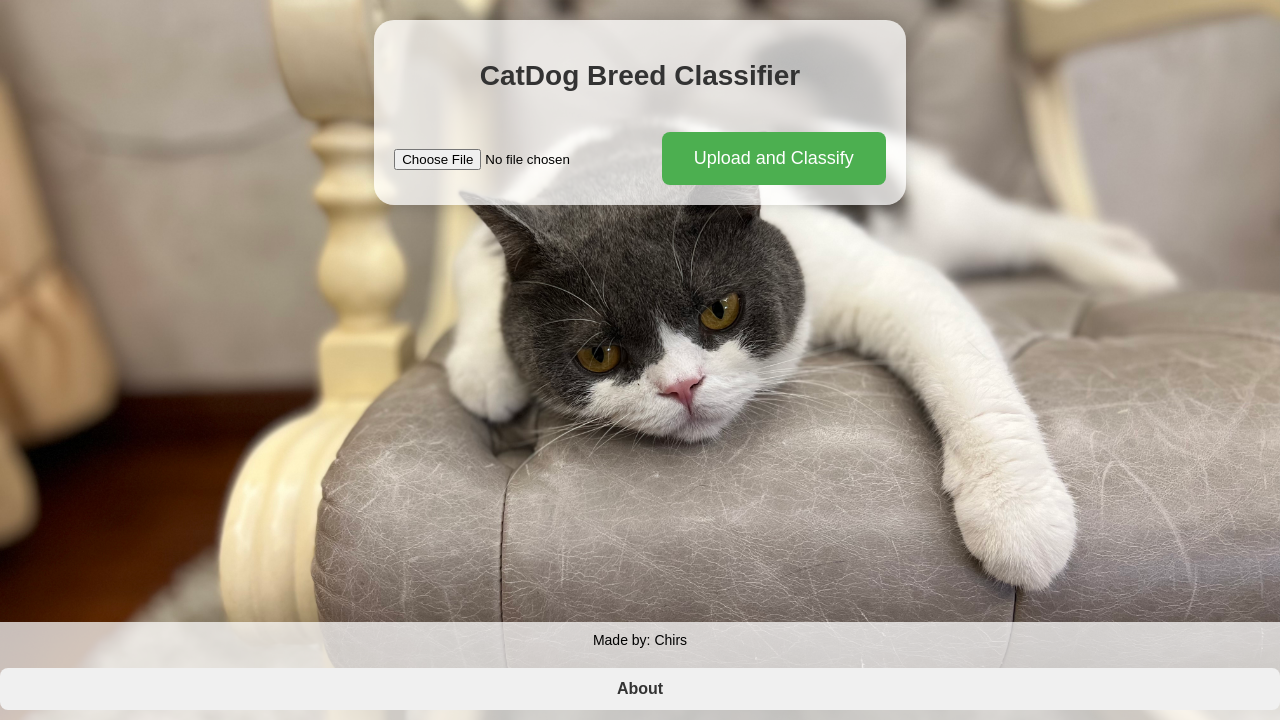
Repository: EveningStudy/CatDog_Breed_Classifier
Page: http://localhost/
These files come from the project's save history. The page is drawn as it stood at one moment and after the next save; the edit follows.
The browser window is 1280 px wide. The pictures show the whole page.
The page is served by the project's application, run on Flask 3 (app.py). Other server files are loaded and not shown.

Above is the page before, as saved 2023-09-29 12:00:26.

### templates/index.html
<!DOCTYPE html>
<html lang="en">

<head>
  <meta charset="UTF-8">
  <meta name="viewport" content="width=device-width, initial-scale=1.0">
  <link rel="icon" href="static/logo.ico" type="image/x-icon">
  <link rel="stylesheet" href="/static/style.css">
  <title>CatDog Breed Classifier</title>
</head>

<body>
  <div class="container">
    <h1>CatDog Breed Classifier</h1>
    <form method="POST" enctype="multipart/form-data">
      <input type="file" name="file" accept=".jpg, .jpeg, .png, .bmp" required>
      <button class="upload-button" type="submit">Upload and Classify</button>
    </form>
    <div class="footer">
      Made by: Chirs
      <a href="/about" class="button">About</a>
    </div>
  </div>
</body>

</html>

### app.py
from flask import Flask, render_template, request, redirect, url_for, flash, session
from werkzeug.utils import secure_filename
from utils import classification_main_onnxruntime
import uuid
import os

def delete_old_images(upload_folder, num_to_delete):
    images = os.listdir(upload_folder)
    images.sort(key=lambda x: os.path.getmtime(os.path.join(upload_folder, x)))
    for i in range(num_to_delete):
        file_to_delete = os.path.join(upload_folder, images[i])
        try:
            os.remove(file_to_delete)
        except Exception as e:
            print(f'Error deleting file: {str(e)}')

def generate_secret_key():
    return os.urandom(24)

current_directory = os.path.dirname(os.path.abspath(__file__))
static_folder = os.path.join(current_directory, "static")

app = Flask(__name__,static_folder="static",template_folder="templates")
app.secret_key = generate_secret_key()
app.config['UPLOAD_FOLDER'] = os.path.join(current_directory, "static/uploads")

ALLOWED_EXTENSIONS = {'png', 'jpg', 'jpeg', 'bmp'}

# if not os.path.exists(os.path.join(current_directory, "uploads")):
    # os.makedirs(os.path.join(current_directory, "uploads"))
if not os.path.exists(os.path.join(current_directory, "static", "uploads")):
    os.makedirs(os.path.join(current_directory, "static", "uploads"))


uploaded_images = os.listdir(app.config['UPLOAD_FOLDER'])
if len(uploaded_images) > 2:

    delete_old_images(app.config['UPLOAD_FOLDER'], len(uploaded_images) - 5)

def allowed_file(filename):
    return '.' in filename and filename.rsplit('.', 1)[1].lower() in ALLOWED_EXTENSIONS

@app.route('/', methods=['GET', 'POST'])
def index():
    if 'user_id' not in session:
        session['user_id'] = str(uuid.uuid4())

    if request.method == 'POST':
        if 'file' not in request.files:
            flash('No file part', 'error')
            return redirect(request.url)
        file = request.files['file']
        if file.filename == '':
            flash('No selected file', 'error')
            return redirect(request.url)
        if file and allowed_file(file.filename):
            filename = secure_filename(file.filename)
            # file_path = os.path.join(current_directory, "uploads", filename)
            image_path = os.path.join(current_directory, "static", "uploads", filename)
            file.save(image_path)
            # file.save(image_path)
            preds, output = classification_main_onnxruntime.cat_and_dog_classification(image_path)
            if preds[0] < 0.985:
                result = "The image is neither a dog nor a cat."
            elif output:
                preds_dog = classification_main_onnxruntime.dog_classification(image_path)
                result = format_results(preds_dog, "Dog")
            elif output == 0:
                preds_cat = classification_main_onnxruntime.cat_classification(image_path)
                result = format_results(preds_cat, "Cat")
            image_path = os.path.join("uploads", filename)
            image_path = image_path.replace("\\", "/")
            session['result'] = result
            session['image_path'] = image_path
            return redirect(url_for('results'))
        else:
            flash('Invalid file type', 'error')
            return redirect(request.url)
    return render_template('index.html')

@app.route('/results')
def results():
    return render_template('results.html', result=session.get('result', None), image_path=session.get('image_path', None))

@app.route('/about')
def about():
    return render_template('about.html')

@app.route('/clear', methods=['GET', 'POST'])
def clear():
    if request.method == 'POST':
        session.pop('result', None)
        session.pop('image_path', None)
        return redirect('/')

    return "Page cleared successfully"

def format_results(predictions, category):
    result_text = f"{category} (Top 5 Results):<br>"
    for i, (class_name, prob) in enumerate(predictions[:5], start=1):
        result_text += f"{i}. {class_name}: {prob * 100:.2f}%<br>"
    return result_text

if __name__ == '__main__':
    app.run(debug=True)

### static/style.css
body {
    background-image: url('111.jpg');
    background-size: cover;
    background-position: center;
    background-attachment: fixed;
    margin: 0;
    padding: 0;
    font-family: Arial, sans-serif;
    display: flex;
    flex-direction: column;
    min-height: 100vh;
}

.container {
    text-align: center;
    padding: 20px;
    background-color: rgba(255, 255, 255, 0.73);
    border-radius: 20px;
    margin: 20px auto;
    max-width: 600px;
    box-shadow: 0px 0px 20px rgba(0, 0, 0, 0.2);
}

h1 {
    margin-top: 20px;
    color: #333;
    font-size: 28px;
}

form {
    margin-top: 20px;
}

input[type="file"] {
    margin-right: 10px;
}

.upload-button {
    margin-top: 20px;
    background-color: #4CAF50;
    color: white;
    border: none;
    padding: 16px 32px;
    border-radius: 8px;
    font-size: 18px;
    cursor: pointer;
}

.upload-button:hover {
    background-color: #45a049;
}

.button {
    display: block;
    margin-top: 20px;
    text-decoration: none;
    color: #333;
    background-color: #f0f0f0;
    padding: 12px 24px;
    border-radius: 8px;
    font-weight: bold;
    font-size: 16px;
    transition: background-color 0.3s;
}

.button:hover {
    background-color: #ddd;
}

.clear-button {
    background-color: #FF5733;
    color: white;
    border: none;
    padding: 16px 32px;
    border-radius: 8px;
    font-size: 18px;
    cursor: pointer;
}

.clear-button:hover {
    background-color: #ff4833;
}

.footer {
    background-color: rgba(255, 255, 255, 0.73);
    text-align: center;
    font-size: 14px;
    position: fixed;
    bottom: 0;
    left: 0;
    width: 100%;
    text-align: center;
    padding: 10px 0;
}

.button.about-button {
    position: fixed;
    margin-top: 0;
    bottom: 0;
    left: 0;
    width: 100%;
    background-color: #222;
    color: white;
    padding: 16px 32px;
    border-radius: 8px;
    font-size: 16px;
    text-align: center;
    z-index: 999;
}

.button.about-button:hover {
    background-color: #111;
}

img {
    max-width: 100%;
    height: auto;
}

.disclaimer {
    margin-top: 20px;
    background-color: #f9f9f9;
    padding: 10px;
    border: 1px solid #ccc;
    border-radius: 5px;
    text-align: left;
}

.important-notice {
    text-align: left;
}

.disclaimer h3,
.important-notice h3 {
    text-align: center;
}

After the next save:
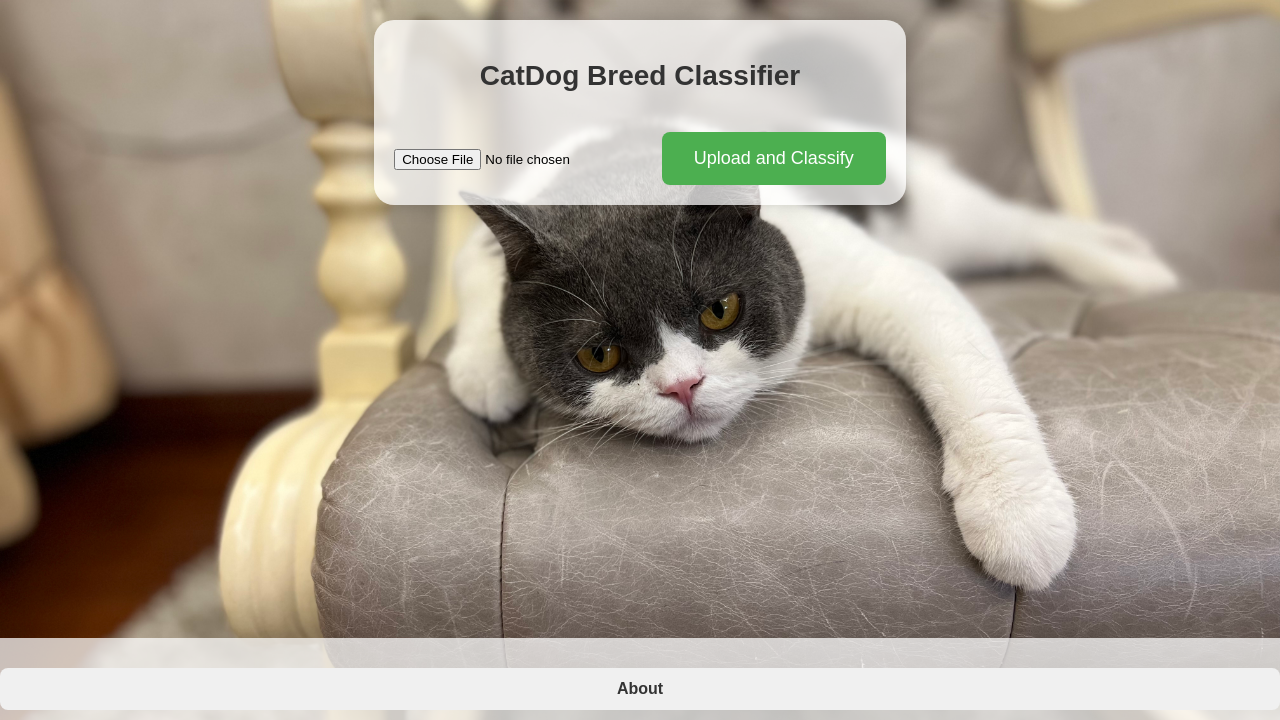
Saved 8 s later.
--- a/templates/index.html
+++ b/templates/index.html
@@ -17,7 +17,6 @@
       <button class="upload-button" type="submit">Upload and Classify</button>
     </form>
     <div class="footer">
-      Made by: Chirs
       <a href="/about" class="button">About</a>
     </div>
   </div>
